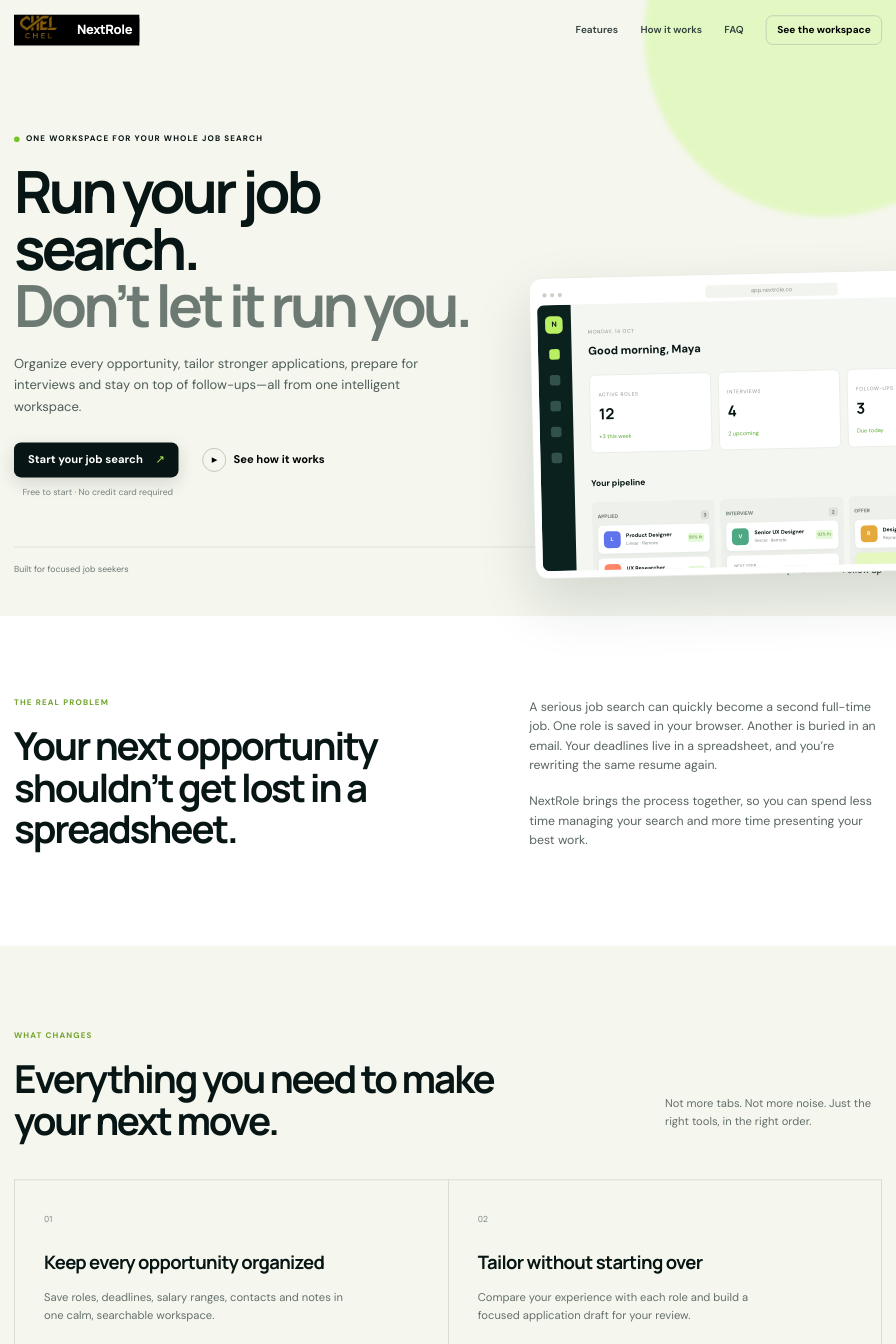
Repository: Lovethrech/NextRole-Nuxt-Portfolio
Page: /
These files come from the project's save history. The page is drawn as it stood at one moment and after the next save; the edit follows.
The browser window is 1280 px wide. The pictures show the part of the page from y = 0 to 1920 px (the page is 5240 px tall), at 70% of full size.
The project was rebuilt for these pictures with package versions that can differ from the ones it lists, and the page was loaded fresh each time. The framework's server and built-in components were replaced by stand-ins that run in the browser. Also part of the build but not shown: nuxt.config.js.

Above is the page before, as saved 2026-09-12 16:33:25.

### assets/css/main.css
:root{
    --ink:#071514;
    --deep:#0d2421;
    --green:#b9ef63;
    --mint:#ddffc8;
    --paper:#f5f6ee;
    --white:#fff;
    --line:#d9ddd1;
    --muted:#65706c;
    --orange:#ff8a61;
    --blue:#6579ff;
    font-family:'DM Sans',sans-serif;
    color:var(--ink);
    background:var(--paper);
    font-synthesis:none;
}
*{
    box-sizing:border-box;
}
html{
    scroll-behavior:smooth;
}
body{
    margin:0;
    padding: 0;
    background:var(--paper);
    font-size:16px;
    line-height:1.6;
}
button,a{
    font:inherit;
}
button{
    cursor:pointer;
}
a{
    color:inherit;
    text-decoration:none;
}
.container{
    width:min(1580px,calc(100% - 40px));
    margin-inline:auto;
}
.site-shell{
    overflow:hidden;
}
.nav-wrap{
    position:absolute;
    inset:0 0 auto;
    z-index:20;
}
.nav{
    height:86px;
    display:flex;
    align-items:center;
    justify-content:space-between;
}
/* BRAND LOGO */
/* START */
.brand-logo-ctn{
    width: 70px;
}
.brand-logo-ctn img{
    width:100%;
}
#brand-sub-name{
    margin:auto 0;
    padding:2px 10px;
    background-color: #000000;
    color:#ffffff;
}

/* END */
.brand{
    background-color: #000000;
    display:flex;
    align-items:center;
    gap:10px;
    font-family:Manrope,sans-serif;
    font-weight:800;
    font-size:1.15rem;
    letter-spacing:-.03em;
}
.brand-mark{
    width:32px;
    height:32px;
    border-radius:9px;
    background:var(--ink);
    color:var(--green);
    display:grid;
    place-items:center;
    font-size:.9rem;
}
.nav-links{
    display:flex;
    align-items:center;
    gap:32px;
    font-weight:600;
    font-size:.9rem;
}
.nav-links>a{
    color:#33423f;
}
.button{
    border:0;
    display:inline-flex;
    align-items:center;
    justify-content:center;
    gap:18px;
    border-radius:10px;
    padding:15px 20px;
    font-weight:700;
    line-height:1.2;
    transition:transform .2s,box-shadow .2s;
}
.button:hover{
    transform:translateY(-2px);
}
.button-small{
    padding:11px 15px;
}
.button-ghost{
    border:1px solid #b9c0b5;
    background:transparent;
}
.button-primary{
    background:var(--ink);
    color:#fff;
    box-shadow:0 8px 24px #07151424;
}
.button-primary span,.button-light span{
    color:var(--green);
}
.button-light{
    background:#fff;
    color:var(--ink);
}
.menu-button{
    display:none;
}
.hero{
    min-height:880px;
    padding-top:178px;
    position:relative;
}
.hero:before{
    content:'';
    position:absolute;
    width:520px;
    height:520px;
    border-radius:50%;
    background:#dff8b9;
    filter:blur(4px);
    right:-180px;
    top:-210px;
    opacity:.8;
}
.hero-copy{
    width:56%;
    position:relative;
    z-index:2;
}
.eyebrow,.section-kicker{
    font-size:.72rem;
    font-weight:800;
    letter-spacing:.14em;
    text-transform:uppercase;
    display:flex;
    align-items:center;
    gap:9px;
}
.eyebrow span{
    width:8px;
    height:8px;
    border-radius:50%;
    background:#75c525;
}
.hero h1{
    font-family:Manrope,sans-serif;
    font-size:clamp(3.4rem,6.5vw,6.15rem);
    line-height:.98;
    letter-spacing:-.065em;
    margin:24px 0 28px;
    font-weight:700;
}
.hero h1 em{
    font-style:normal;
    color:#6d7a74;
}
.hero-lede{
    font-size:1.16rem;
    line-height:1.65;
    color:#4e5d58;
    max-width:630px;
}
.hero-actions{
    display:flex;
    align-items:center;
    gap:28px;
    margin-top:36px;
}
.text-link{
    border:0;
    background:none;
    font-weight:700;
    display:flex;
    align-items:center;
    gap:10px;
}
.play{
    border:1px solid #aeb6ac;
    border-radius:50%;
    width:34px;
    height:34px;
    display:grid;
    place-items:center;
    font-size:.65rem;
}
.microcopy{
    font-size:.78rem;
    color:#77817d;
    margin:12px 0 0 12px;
}
.dashboard-frame{
    position:absolute;
    z-index:3;
    width:660px;
    right:-160px;
    top:390px;
    background:#fff;
    padding:10px;
    border-radius:18px;
    box-shadow:0 35px 80px #0c2b2226;
    transform:rotate(-1.3deg);
    border:1px solid #e5e9df;
}
.frame-bar{
    height:28px;
    display:flex;
    align-items:center;
    gap:5px;
    padding:0 8px;
}
.frame-bar span{
    width:6px;
    height:6px;
    background:#cad0c7;
    border-radius:50%;
}
.frame-bar p{
    font-size:.52rem;
    background:#f2f4ef;
    color:#8b948f;
    padding:2px 65px;
    border-radius:4px;
    margin:auto;
}
.dash{
    height:380px;
    display:flex;
    background:#f4f6f1;
    border-radius:10px;
    overflow:hidden
}
.dash-side{
    width:52px;
    background:#0b211e;
    display:flex;
    flex-direction:column;
    align-items:center;
    gap:22px;
    padding-top:16px;
}
.mini-brand{
    width:25px;
    height:25px;
    border-radius:7px;
    background:var(--green);
    display:grid;
    place-items:center;
    font-size:.65rem;
}
.dash-side i{
    width:15px;
    height:15px;
    border-radius:4px;
    background:#33514b;
}
.dash-side i.active{
    background:var(--green);
}
.dash-main{
    padding:24px;
    width:100%;
}
.dash-top{
    display:flex;
    justify-content:space-between;
    align-items:center;
}
.dash-top small,.stat-grid small{
    font-size:.45rem;
    letter-spacing:.11em;
    color:#88918d;
}
.dash-top h3{
    font-size:1rem;
    margin:4px 0;
}
.avatar{
    width:30px;
    height:30px;
    border-radius:50%;
    background:#e4c6a5;
    display:grid;
    place-items:center;
    font-size:.55rem;
    font-weight:800;
}
.stat-grid{
    display:grid;
    grid-template-columns:repeat(3,1fr);
    gap:10px;
    margin:18px 0
}
.stat-grid>div{
    padding:12px;
    border-radius:8px;
    background:#fff;
    border:1px solid #e4e8e1;
}
.stat-grid strong{
    display:block;
    font-family:Manrope;
    font-size:1.35rem;
}
.stat-grid span{
    font-size:.5rem;
    color:#59a733;
}
.pipeline-head{
    display:flex;
    justify-content:space-between;
    align-items:center;
}
.pipeline-head h4{
    font-size:.76rem;
}
.pipeline-head button{
    font-size:.55rem;
    border:0;
    background:#0b211e;
    color:white;
    padding:6px 9px;
    border-radius:5px;
}
.pipeline{
    display:grid;
    grid-template-columns:repeat(3,1fr);
    gap:8px;
}
.lane{
    background:#edf0eb;border-radius:7px;padding:8px}.lane>p{font-size:.45rem;font-weight:800;color:#6b7570
}
.lane>p b{
    float:right;
    background:#dce2da;
    padding:1px 4px;
    border-radius:3px;
}
.lane article{
    background:#fff;
    padding:8px;
    margin-top:7px;
    border-radius:6px;
    display:grid;
    grid-template-columns:26px 1fr auto;
    gap:6px;
    align-items:center;
    box-shadow:0 2px 7px #1933290b;
}
.company-icon{width:24px;height:24px;display:grid;place-items:center;border-radius:6px;font-size:.5rem;font-weight:800;color:white;
}.cobalt{background:#5f73ed;
}.coral{background:#ff8567;
}.mint{background:#4fa884;
}.gold{background:#e5a83a;
}.lane article strong{font-size:.48rem;display:block;
}.lane article small{font-size:.4rem;color:#7f8984;display:block;
}.lane article mark{font-size:.38rem;background:#e5f8d7;color:#55982d;border-radius:3px;padding:2px;
}.lane article.task,.lane article.celebrate{display:block;padding:10px;
}.lane .task span{font-size:.42rem;color:#dd6d49;
}.lane .celebrate{background:#e4f8bf;
}.lane .celebrate>span{font-size:.9rem;color:#62a329;
}
.hero-proof{
    position:absolute;
    bottom:56px;
    left:0;
    right:0;
    border-top:1px solid var(--line);
    padding-top:22px;
    display:flex;
    justify-content:space-between;
    color:#6d7873;
    font-size:.78rem;
}
.hero-proof p{display:flex;align-items:center;gap:24px;margin:0;
}
.hero-proof b{font-family:Manrope;color:#4a5853;
}
.hero-proof i{width:4px;height:4px;background:#9aa49f;border-radius:50%;
}
.problem-section{background:#fff;padding:115px 0;
}
.problem-grid{display:grid;grid-template-columns:1.1fr .9fr;gap:120px;
}
.section-kicker{color:#71a22a;margin:0 0 22px;
}
.problem-grid h2,.section-heading h2,.how-copy h2,.control-copy h2,.faq h2,.final-cta h2{font-family:Manrope;font-size:clamp(2.3rem,4.3vw,4.5rem);line-height:1.08;letter-spacing:-.055em;margin:0;
}
.problem-copy{font-size:1.1rem;color:#58645f;
}
.problem-copy p{margin:0 0 22px;
}
.features{padding:120px 0;
}
.section-heading{display:flex;justify-content:space-between;align-items:end;margin-bottom:55px;
}
.section-heading h2{max-width:710px;
}
.section-heading>p{max-width:310px;color:#65706c;
}
.benefit-grid{display:grid;grid-template-columns:repeat(2,1fr);border-top:1px solid #cfd5cb;border-left:1px solid #cfd5cb;
}
.benefit-card{min-height:315px;padding:42px;border-right:1px solid #cfd5cb;border-bottom:1px solid #cfd5cb;position:relative;transition:background .25s,transform .25s;
}
.benefit-card:hover{background:#fff;transform:translateY(-3px);
}
.benefit-card>span{font-family:Manrope;font-size:.75rem;color:#89928e;
}
.benefit-card h3{font-family:Manrope;font-size:1.65rem;letter-spacing:-.035em;margin:28px 0 12px;
}
.benefit-card p{color:#65706c;max-width:440px;
}
.benefit-card strong{position:absolute;bottom:38px;color:#3f6c18;font-size:.85rem;
}
.how-section{background:var(--deep);color:#fff;padding:120px 0;
}
.how-grid{display:grid;grid-template-columns:.85fr 1.15fr;gap:130px;
}
.section-kicker.light{color:var(--green);
}
.how-copy>p:not(.section-kicker){color:#afbfba;font-size:1.05rem;max-width:430px;margin:26px 0 36px;
}
.steps{list-style:none;padding:0;margin:0;
}
.steps li{display:grid;grid-template-columns:60px 1fr;gap:20px;border-top:1px solid #35504b;padding:27px 0;
}
.steps li:last-child{border-bottom:1px solid #35504b;
}
.steps>li>span{color:var(--green);font:700 .75rem Manrope;
}
.steps h3{font:700 1.25rem Manrope;margin:0 0 6px;
}
.steps p{color:#9fb1ab;margin:0;
}
.control{padding:120px 0;
}
.control-card{background:#fff;border-radius:24px;display:grid;grid-template-columns:1fr 1fr;overflow:hidden;box-shadow:0 22px 60px #1a35250c;
}
.control-visual{background:#dff3bf;min-height:560px;display:grid;place-items:center;padding:50px;
}
.document{width:330px;background:white;border-radius:12px;padding:32px;box-shadow:0 25px 50px #4167222c;transform:rotate(-2deg);
}
.doc-label{font-size:.55rem;letter-spacing:.14em;font-weight:800;
}
.document>i{height:7px;background:#e6eae3;border-radius:4px;display:block;margin-top:17px;
}
.document>i.short{width:60%;
}
.document>i.medium{width:80%;
}
.suggestion{display:flex;gap:12px;background:#f3fae9;border:1px solid #cce9a6;padding:14px;border-radius:8px;margin:22px -12px;
}
.suggestion b{color:#599825;
}
.suggestion p{margin:0;
}
.suggestion strong{font-size:.72rem;display:block;
}
.suggestion small{font-size:.6rem;color:#6c776f;
}
.control-copy{padding:70px;display:flex;flex-direction:column;justify-content:center;
}
.control-copy>p:not(.section-kicker){color:#66716c;font-size:1.05rem;
}
.control-copy ul{list-style:none;padding:0;margin:18px 0 0;
}
.control-copy li{padding:12px 0;border-top:1px solid #e4e8e0;font-weight:600;
}
.control-copy li:before{content:'✓';display:inline-grid;place-items:center;margin-right:12px;width:23px;height:23px;border-radius:50%;background:#e5f7cd;color:#4e861e;font-size:.75rem;
}
.faq{padding:40px 0 120px;display:grid;grid-template-columns:.75fr 1.25fr;gap:120px;
}
.faq h2{font-size:3.2rem;
}
.accordion details{border-top:1px solid #cdd3ca;padding:24px 0;
}
.accordion details:last-child{border-bottom:1px solid #cdd3ca;
}
.accordion summary{list-style:none;font:700 1.05rem Manrope;display:flex;justify-content:space-between;cursor:pointer;
}
.accordion summary::-webkit-details-marker{display:none;
}
.accordion summary span{font-size:1.4rem;font-weight:400;
}
.accordion details[open] summary span{transform:rotate(45deg);
}
.accordion details p{color:#64706a;max-width:620px;margin:16px 40px 0 0;
}
.final-cta{background:#102c28;color:#fff;border-radius:28px;min-height:500px;padding:75px;display:grid;grid-template-columns:1.1fr .9fr;align-items:center;position:relative;overflow:hidden;
}
.final-cta h2{max-width:700px;
}
.final-cta p{color:#b2c0bc;
}
.final-cta small{display:block;color:#8ca19b;margin:12px;
}
.final-cta .button{margin-top:15px;
}
.orbit{height:350px;position:relative;display:grid;place-items:center;
}
.orbit span{position:absolute;border:1px solid #54716a;border-radius:50%;
}
.orbit-one{width:290px;height:290px;
}
.orbit-two{width:200px;height:200px;
}
.orbit b{width:95px;height:95px;border-radius:26px;background:var(--green);color:var(--deep);display:grid;place-items:center;font:800 2.2rem Manrope;box-shadow:0 0 70px #b9ef6352;
}
.footer{min-height:140px;display:flex;align-items:center;justify-content:space-between;gap:30px;font-size:.75rem;color:#79827e;
}
.footer p{max-width:480px;text-align:center;
}
.modal-backdrop{position:fixed;inset:0;background:#061411cc;backdrop-filter:blur(8px);z-index:50;display:grid;place-items:center;padding:20px;
}
.modal{width:min(550px,100%);background:var(--paper);border-radius:22px;padding:44px;position:relative;
}
.modal h2{font:700 2.25rem/1.1 Manrope;letter-spacing:-.05em;margin:0;
}
.modal>p:not(.section-kicker){color:#63706a;
}
.modal-close{position:absolute;right:20px;top:15px;border:0;background:none;font-size:2rem;
}
.modal-list{margin:28px 0;
}
.modal-list>span{float:left;color:#6b9c2a;font:bold .7rem Manrope;margin-top:5px;
}
.modal-list p{margin:0 0 18px 35px;
}
.modal-list b,.modal-list small{display:block;
}
.modal-list small{color:#68746e;
}
.fade-enter-active,.fade-leave-active{transition:opacity .2s;
}
.fade-enter-from,.fade-leave-to{opacity:0;
}

@media(max-width:900px){
    .nav-wrap{position:absolute;
    }
    .menu-button{display:flex;flex-direction:column;gap:5px;border:0;background:none;padding:10px;
    }
    .menu-button span{width:23px;height:2px;background:var(--ink);
    }
    .nav-links{display:none;position:absolute;top:72px;left:20px;right:20px;background:white;padding:24px;border-radius:14px;box-shadow:0 20px 50px #172c2424;flex-direction:column;align-items:stretch;
    }
    .nav-links.open{display:flex;
    }
    .hero{padding-top:145px;min-height:auto;padding-bottom:80px;
    }
    .hero-copy{width:100%;
    }
    .hero h1{font-size:clamp(3rem,11vw,5rem);
    }
    .dashboard-frame{position:relative;top:auto;right:auto;width:100%;margin-top:55px;transform:none;
    }
    .hero-proof{position:relative;bottom:auto;margin-top:50px;
    }
    .problem-grid,.how-grid,.faq{grid-template-columns:1fr;gap:50px;
    }
    .section-heading{display:block;
    }
    .benefit-grid{grid-template-columns:1fr;
    }
    .control-card{grid-template-columns:1fr;
    }
    .control-visual{min-height:420px;
    }
    .final-cta{grid-template-columns:1fr;
    }
    .orbit{display:none;
    }
    .footer{flex-direction:column;text-align:center;padding:50px 0;
    }
}

@media(max-width:600px){
    .container{width:min(100% - 28px,1180px);
    }
    .hero h1{font-size:3.25rem;
    }
    .hero-actions{align-items:flex-start;flex-direction:column;gap:18px;
    }
    .dashboard-frame{width:720px;transform:scale(.47);transform-origin:top left;margin-bottom:-200px;
    }
    .hero-proof{display:block;
    }
    .hero-proof p{margin-top:12px;gap:12px;flex-wrap:wrap;
    }
    .problem-section,.features,.how-section,.control{padding:80px 0;
    }
    .problem-grid h2,.section-heading h2,.how-copy h2,.control-copy h2,.faq h2,.final-cta h2{font-size:2.45rem;
    }
    .benefit-card{padding:28px;min-height:300px;
    }
    .how-grid{gap:55px;
    }
    .control-visual{padding:30px;min-height:380px;
    }
    .document{width:280px;
    }
    .control-copy{padding:38px 28px;
    }
    .faq{padding:10px 0 80px;gap:40px;
    }
    .final-cta{padding:48px 26px;min-height:520px;border-radius:20px;
    }
    .footer{align-items:center;
    }
    .modal{padding:36px 24px;
    }
    .modal h2{font-size:2rem;
    }
}

Loaded but not shown: app.vue (138 lines, source omitted)

After the next save:
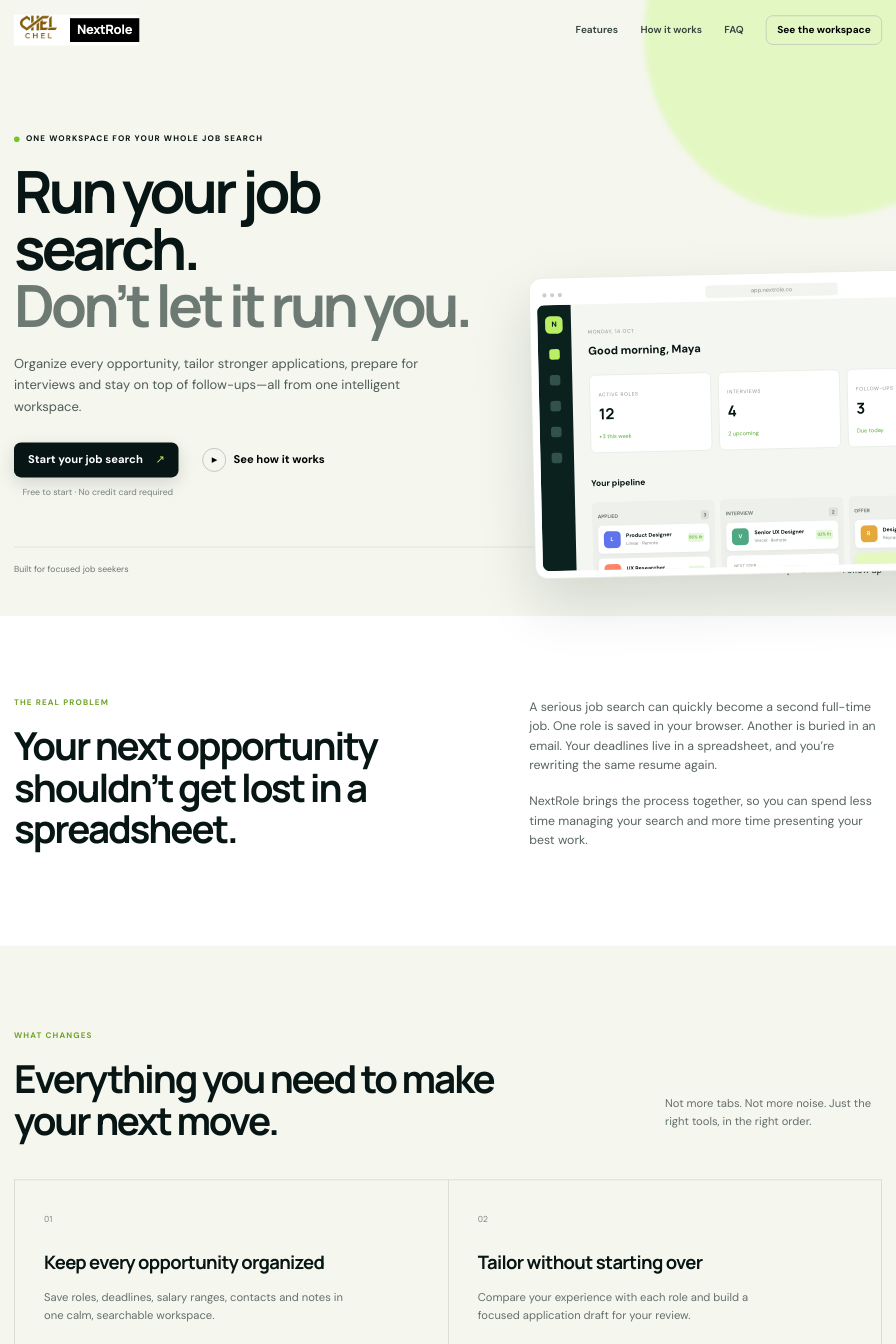
Saved 5 s later.
--- a/assets/css/main.css
+++ b/assets/css/main.css
@@ -72,7 +72,7 @@
 
 /* END */
 .brand{
-    background-color: #000000;
+    background-color: #ffffff;
     display:flex;
     align-items:center;
     gap:10px;
